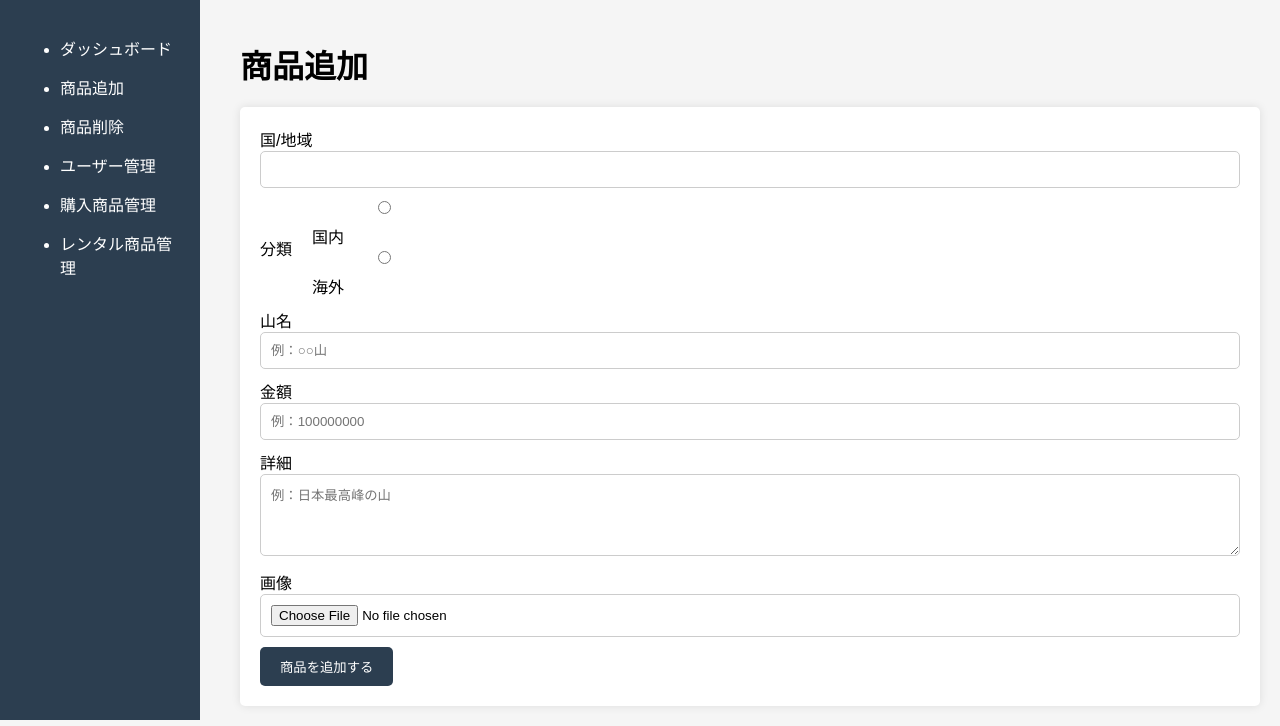
Repository: magome112/Oasis2024920
Page: http://localhost/_12_kanri.shohin.php
The author's editor kept a copy of each file at every save. The page is drawn from the files as they stood at one save, then again after the next save.
The browser window is 1280 px wide. The pictures show the whole page.
The page is run by PHP 8.4 with error messages shown; the project is at /var/www/html/.

Above is the page before, as saved 2024-12-06 12:33:54.

### _12_kanri.shohin.php
<?php
// データベース接続設定
$host = 'mysql306.phy.lolipop.lan';
$dbname = 'LAA1602729-oasis';
$user = 'LAA1602729';
$password = 'oasis5';

try {
    $pdo = new PDO("mysql:host=$host;dbname=$dbname;charset=utf8", $user, $password);
    $pdo->setAttribute(PDO::ATTR_ERRMODE, PDO::ERRMODE_EXCEPTION);
} catch (PDOException $e) {
    echo "データベース接続エラー: " . $e->getMessage();
    exit;
}

// フォーム送信処理
if ($_SERVER['REQUEST_METHOD'] === 'POST') {
    $errors = [];

    // 必須項目のチェック
    $yama_name = trim($_POST['yama_name'] ?? '');
    $country_name = trim($_POST['country_name'] ?? '');
    $Region = $_POST['Region'] ?? null;
    $price = $_POST['price'] ?? '';
    $yama_info = trim($_POST['yama_info'] ?? '');
    $yama_img = '';

    if (empty($yama_name)) $errors[] = "山名を入力してください。";
    if (empty($country_name)) $errors[] = "国/地域を入力してください。";
    if ($Region === null) $errors[] = "分類を選択してください。";
    if (empty($price) || !is_numeric($price)) $errors[] = "金額を正しく入力してください。";
    if (empty($yama_info)) $errors[] = "詳細を入力してください。";

    // 画像のアップロード処理
    if (isset($_FILES['yama_img']) && $_FILES['yama_img']['error'] === UPLOAD_ERR_OK) {
        $upload_dir = 'uploads/';
        $yama_img = $upload_dir . basename($_FILES['yama_img']['name']);
        if (!move_uploaded_file($_FILES['yama_img']['tmp_name'], $yama_img)) {
            $errors[] = "画像アップロードに失敗しました。";
        }
    }

    // エラーがある場合は表示して処理終了
    if (!empty($errors)) {
        foreach ($errors as $error) {
            echo "<p style='color:red;'>$error</p>";
        }
        exit;
    }

    // データベースに挿入
    try {
        $stmt = $pdo->prepare("INSERT INTO Oasis_yama (yama_name, country_name, Region, price, yama_img, yama_info)
                               VALUES (:yama_name, :country_name, :Region, :price, :yama_img, :yama_info)");
        $stmt->bindParam(':yama_name', $yama_name);
        $stmt->bindParam(':country_name', $country_name);
        $stmt->bindParam(':Region', $Region);
        $stmt->bindParam(':price', $price);
        $stmt->bindParam(':yama_img', $yama_img);
        $stmt->bindParam(':yama_info', $yama_info);
        $stmt->execute();

        echo "<p style='color:green;'>商品が追加されました！</p>";
    } catch (PDOException $e) {
        echo "<p style='color:red;'>データベースエラー: " . $e->getMessage() . "</p>";
    }
}
?>

<!DOCTYPE html>
<html lang="ja">
<head>
    <meta charset="UTF-8">
    <meta name="viewport" content="width=device-width, initial-scale=1.0">
    <title>商品追加</title>
    <style>
        body {
            font-family: Arial, sans-serif;
            margin: 0;
            padding: 0;
            background-color: #f5f5f5;
        }
        .sidebar {
            width: 200px;
            background-color: #2c3e50;
            color: #fff;
            height: 100vh;
            position: fixed;
            top: 0;
            left: 0;
            padding: 20px;
            box-sizing: border-box;
        }
        .sidebar h3 {
            margin-bottom: 30px;
        }
        .sidebar a {
            color: #fff;
            text-decoration: none;
            display: block;
            margin-bottom: 15px;
        }
        .main-content {
            margin-left: 220px;
            padding: 20px;
        }
        h1 {
            margin-bottom: 20px;
        }
        form {
            background-color: #fff;
            padding: 20px;
            border-radius: 5px;
            box-shadow: 0 0 10px rgba(0, 0, 0, 0.1);
        }
        input, textarea {
            width: 100%;
            padding: 10px;
            margin-bottom: 10px;
            border: 1px solid #ccc;
            border-radius: 5px;
            box-sizing: border-box;
        }

        .radio-group {
            display: flex; /* 横並びに整列 */
            align-items: center; /* 垂直方向の中央揃え */
            margin-bottom: 10px;
        }

        .radio-group label {
            margin-right: 20px; /* ラベルとボタン間のスペース */
            font-weight: normal; /* ラベルの太字を解除 */
        }

        .radio-group input[type="radio"] {
            margin-right: 5px; /* ラジオボタンとテキストの間隔を調整 */
            margin-left: 0; /* 不要な余白をゼロに設定 */
        }

        .radio-group span {

            margin-right: 15px;
        }

        button {
            background-color: #2c3e50;
            color: #fff;
            border: none;
            padding: 10px 20px;
            cursor: pointer;
            border-radius: 5px;
        }
        button:hover {
            background-color: #34495e;
        }
    </style>
</head>
<body>
<div class="sidebar">
    <ul>
        <li><a>ダッシュボード</a></li>
        <li><a href="_12_kanri.shohin.php">商品追加</a></li>
        <li><a href="_13_kanri.shohindel.php">商品削除</a></li>
        <li><a href="_14_kanri.user.php">ユーザー管理</a></li>
        <li><a href="_15_kanri.add.shohin.php">購入商品管理</a></li>
        <li><a href="_16_kanri.add.rental.php">レンタル商品管理</a></li>
    </ul>
</div>

<div class="main-content">
    <h1>商品追加</h1>
    <form method="POST" enctype="multipart/form-data">

        <label for="country_name">国/地域</label>
        <input type="text" name="country_name" id="country_name" required>

        <div class="radio-group">
            <label>分類</label>
            <span>
                <input type="radio" name="Region" value="0" id="domestic" required><label for="domestic">国内</label>
                <input type="radio" name="Region" value="1" id="overseas"><label for="overseas">海外</label>
            </span>
        </div>

        <label for="yama_name">山名</label>
        <input type="text" name="yama_name" id="yama_name" placeholder="例：○○山" required>

        <label for="price">金額</label>
        <input type="number" name="price" id="price" placeholder="例：100000000" required>

        <label for="yama_info">詳細</label>
        <textarea name="yama_info" id="yama_info" placeholder="例：日本最高峰の山" rows="4" required></textarea>

        <label for="yama_img">画像</label>
        <input type="file" name="yama_img" id="yama_img" accept="image/*" required>

        <button type="submit">商品を追加する</button>
    </form>
</div>
</body>
</html>

After the next save:
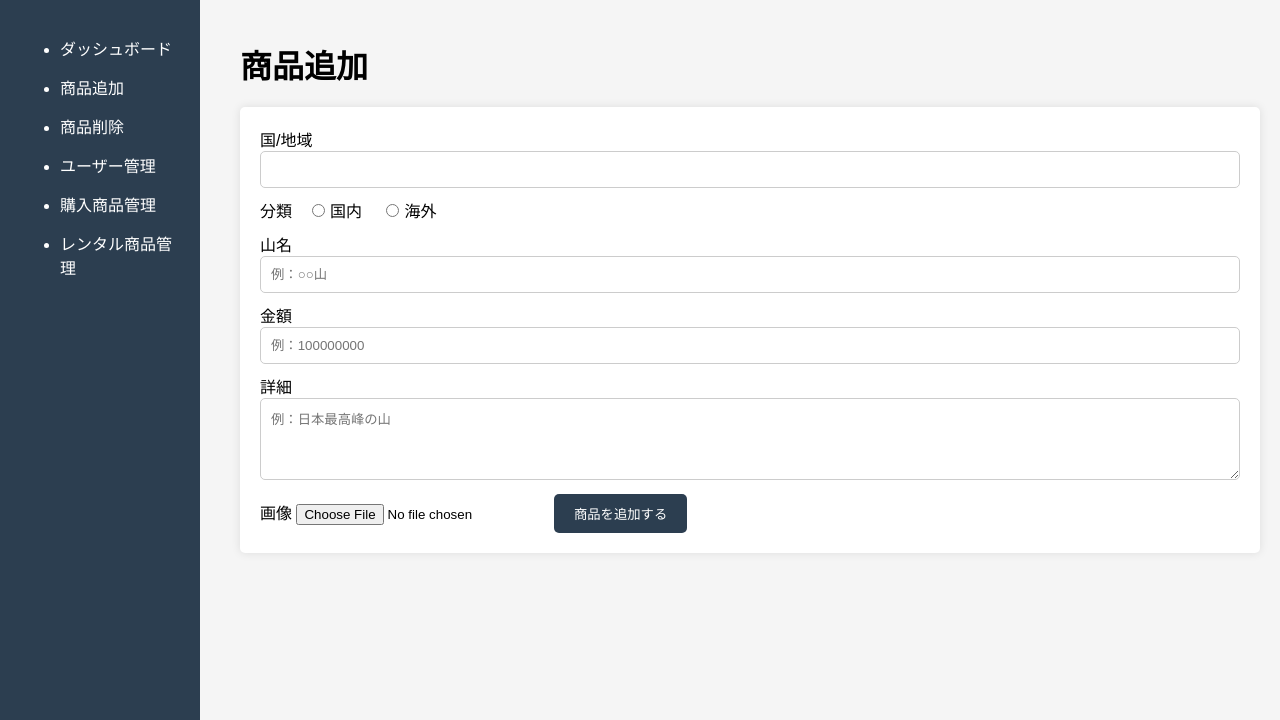
Saved 2 min 14 s later.
--- a/_12_kanri.shohin.php
+++ b/_12_kanri.shohin.php
@@ -113,7 +113,7 @@ if ($_SERVER['REQUEST_METHOD'] === 'POST') {
             border-radius: 5px;
             box-shadow: 0 0 10px rgba(0, 0, 0, 0.1);
         }
-        input, textarea {
+        #input {
             width: 100%;
             padding: 10px;
             margin-bottom: 10px;
@@ -173,7 +173,7 @@ if ($_SERVER['REQUEST_METHOD'] === 'POST') {
     <form method="POST" enctype="multipart/form-data">
 
         <label for="country_name">国/地域</label>
-        <input type="text" name="country_name" id="country_name" required>
+        <input type="text" name="country_name" id="input" required>
 
         <div class="radio-group">
             <label>分類</label>
@@ -184,13 +184,13 @@ if ($_SERVER['REQUEST_METHOD'] === 'POST') {
         </div>
 
         <label for="yama_name">山名</label>
-        <input type="text" name="yama_name" id="yama_name" placeholder="例：○○山" required>
+        <input type="text" name="yama_name" id="input" placeholder="例：○○山" required>
 
         <label for="price">金額</label>
-        <input type="number" name="price" id="price" placeholder="例：100000000" required>
+        <input type="number" name="price" id="input" placeholder="例：100000000" required>
 
         <label for="yama_info">詳細</label>
-        <textarea name="yama_info" id="yama_info" placeholder="例：日本最高峰の山" rows="4" required></textarea>
+        <textarea name="yama_info" id="input" placeholder="例：日本最高峰の山" rows="4" required></textarea>
 
         <label for="yama_img">画像</label>
         <input type="file" name="yama_img" id="yama_img" accept="image/*" required>
